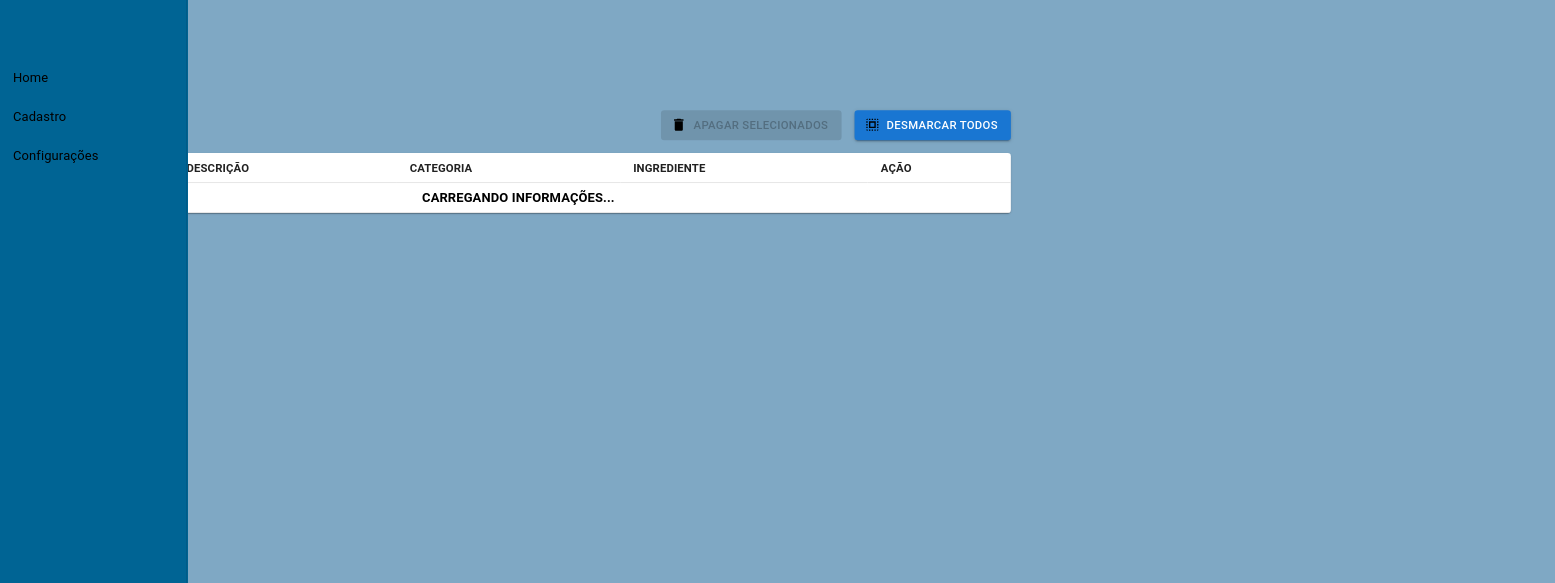
Repository: oZanella/projeto_windel_web_CRM
Page: /
These files come from the project's save history. The page is drawn as it stood at one moment and after a run of saves; the edit follows.
The browser window is 1280 px wide. The page is 5352 px wide, then 1280 px, so the pictures cover 1920 px, including what lies to the right of the window. The pictures show the whole page, at 81% of full size.
The page's requests for data from a server got no answer. The project was rebuilt for these pictures with package versions that can differ from the ones it lists, and the page was loaded fresh each time. No one was signed in, and anything a server would have sent is missing. Also part of the build but not shown: vite.config.js, src/components/Button.jsx, src/components/ModalConfirmDelete.jsx, src/routes/Configuracoes.jsx. Imported but missing from the stored project, and not drawn on this page: src/routes/Cadastro.jsx.

Above is the page before, as saved 2024-08-19 08:44:00.

After the next 4 saves:
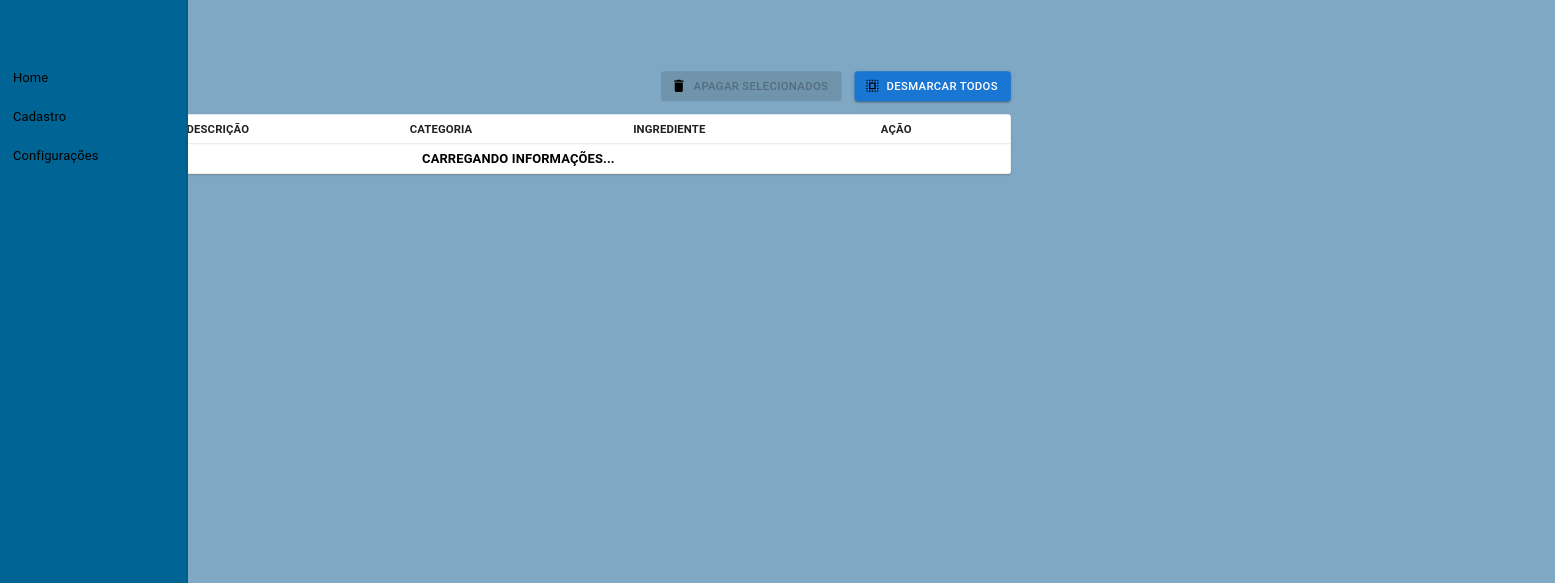
The 4 saves are shown as one change because they came seconds apart.
The last was saved 15 s later.
--- a/src/components/Header.jsx
+++ b/src/components/Header.jsx
@@ -113,11 +113,8 @@ export const Header = () => {
       <Box
         component="main"
         sx={{
-          flexGrow: 1,
-          bgcolor: 'background.default',
-          p: 3,
-          marginLeft: 659, // Ajuste conforme a largura do menu lateral
-        }}
+
+                }}
       >
 
       </Box>
